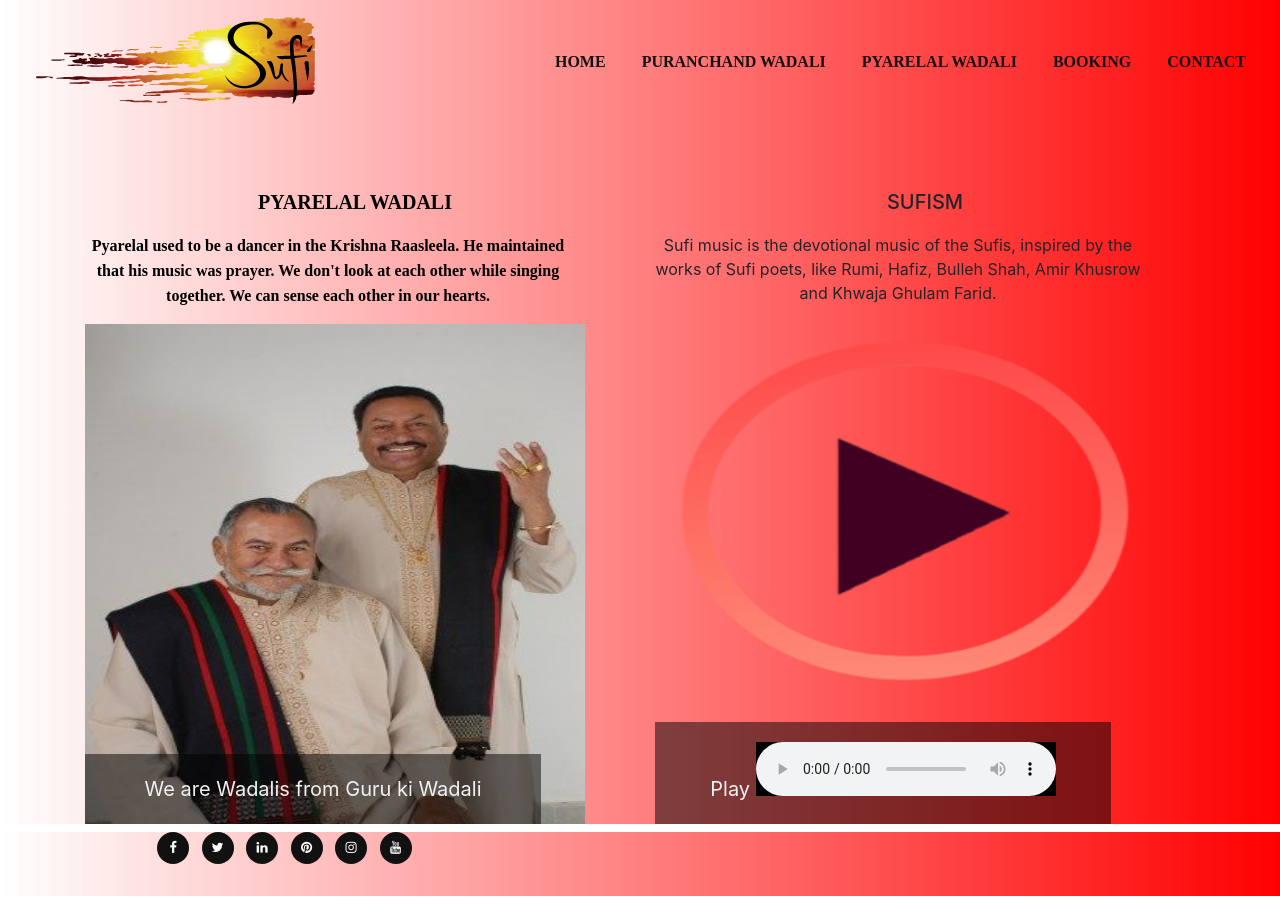
Repository: hankanallt/Wadalis
Page: pyare.html
The author's editor kept a record of every edit. The page is drawn from the files as they stood at one moment, then again after the next edit.
The browser window is 1280 px wide. The pictures show the whole page.

Above is the page before.

After the next edit:
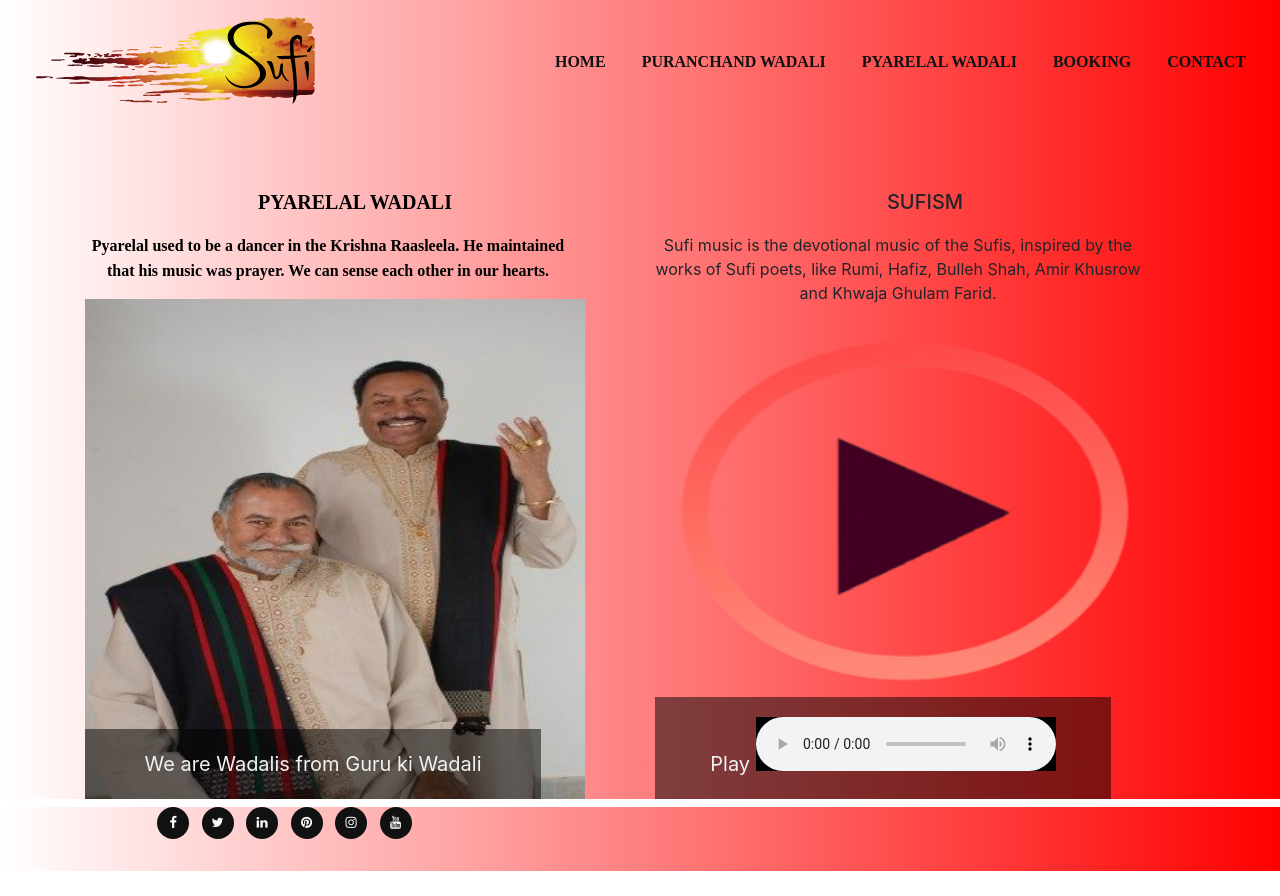
The edit:
--- a/pyare.html
+++ b/pyare.html
@@ -56,7 +56,7 @@
 
           <p class="title"><a href="https://timesofindia.indiatimes.com/entertainment/hindi/music/news/sufi-music-legend-pyarelal-wadali-passes-away/articleshow/63268655.cms">PYARELAL WADALI</p>
           <p class="center">Pyarelal used to be a dancer in the Krishna Raasleela.
-          He maintained that his music was prayer. We don't look at each other while singing together.
+          He maintained that his music was prayer.
           We can sense each other in our hearts.</a>
           </p>
           <a href="#"><img src="images/pyarewadali.jpg" height="500" width="500"></a>
